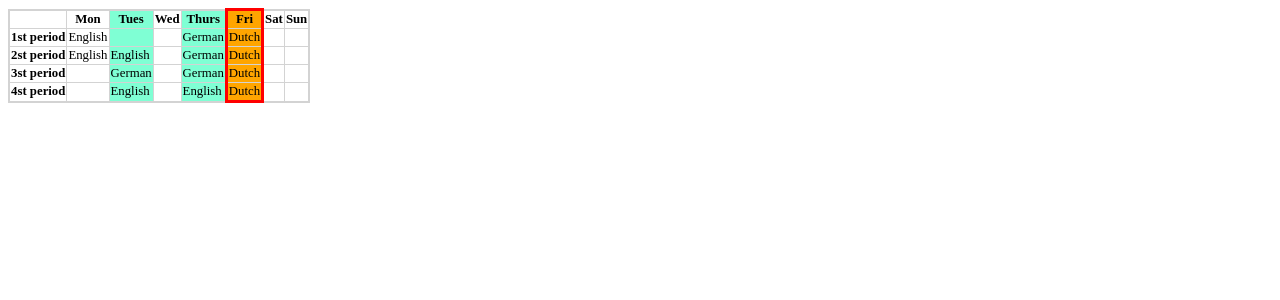
Repository: lidwan/dotfiles
Page: tmp/smthn.html
An editor plug-in stored every save of this project. The page is shown before and after the next save, followed by the edit.
The browser window is 1280 px wide. The pictures show the whole page.

Above is the page before, as saved 2024-08-18 11:30:10.

After the next save:
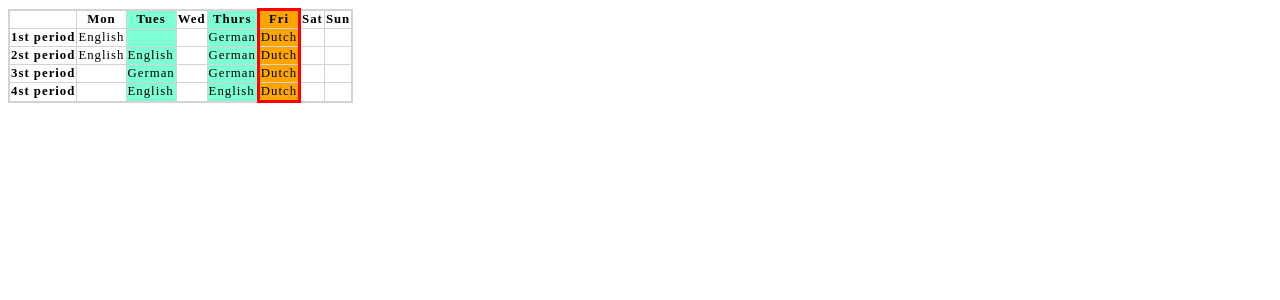
Saved 12 s later.
--- a/tmp/styles.css
+++ b/tmp/styles.css
@@ -6,4 +6,5 @@ table {
     border-collapse: collapse;
     border: 2px solid lightgray;
     font-size: 0.8rem;
+    letter-spacing: 1px;
 }
